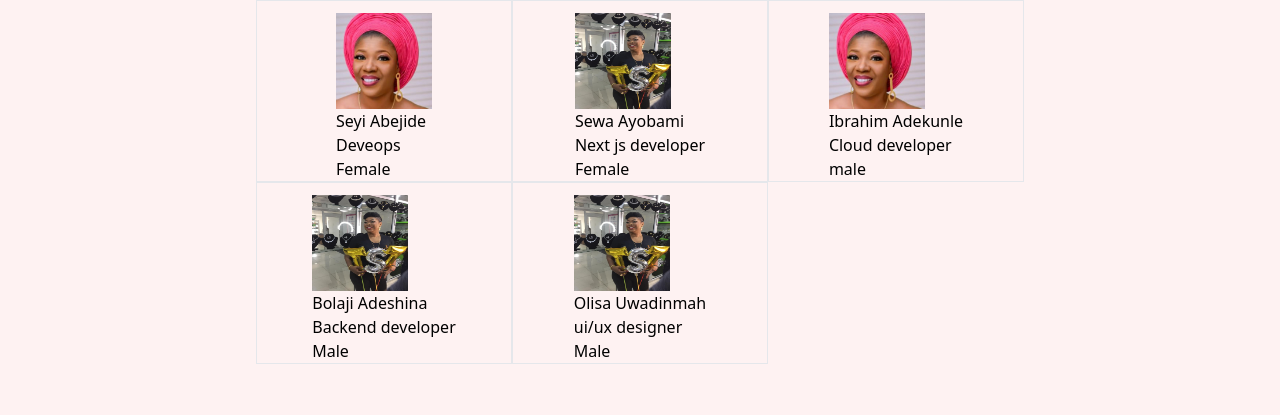
Repository: Semanmernstack/Bincom
Page: /
An editor plug-in stored every save of this project. The page is shown before and after the next save, followed by the edit.
The browser window is 1280 px wide. The pictures show the whole page.
The project was rebuilt for these pictures with package versions that can differ from the ones it lists, and the page was loaded fresh each time. The framework's server and built-in components were replaced by stand-ins that run in the browser. Also part of the build but not shown: next.config.mjs.

Above is the page before, as saved 2024-01-25 05:29:03.

After the next save:
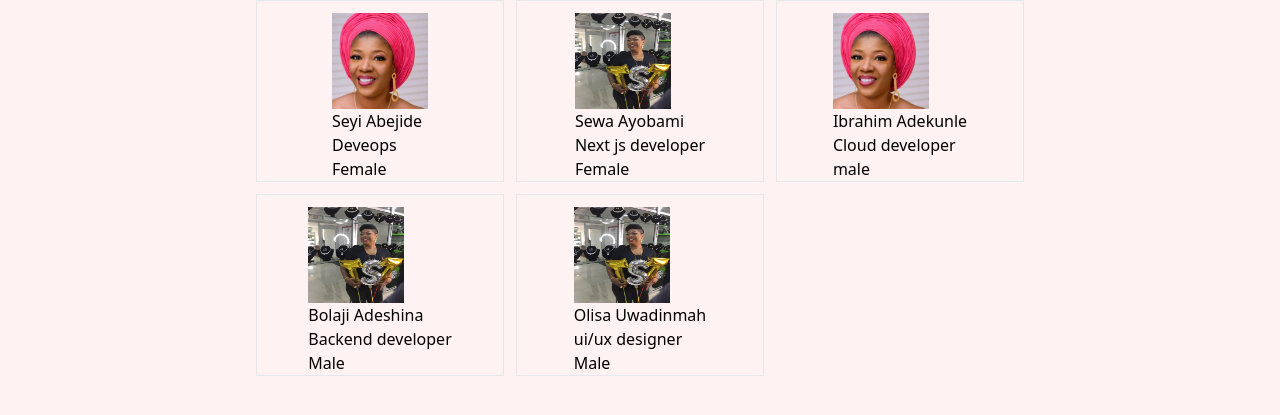
Saved 20 s later.
--- a/app/page.tsx
+++ b/app/page.tsx
@@ -55,9 +55,9 @@ const data = [
 export default function Home() {
   return (
     <main className=" flex flex-col max-w-3xl mx-auto ">
-      <div className="grid grid-cols-1 sm:grid-cols-2 md:grid-cols-3">
+      <div className="grid grid-cols-1 sm:grid-cols-2 md:grid-cols-3 gap-3">
           {data.map((p, index)=> (
-              <div className=" border items-center justify-center gap-3 flex" key={index}>
+              <div className=" border items-center justify-center flex" key={index}>
                 <SetUp
                   id={p.id}
                   title={p.title}
